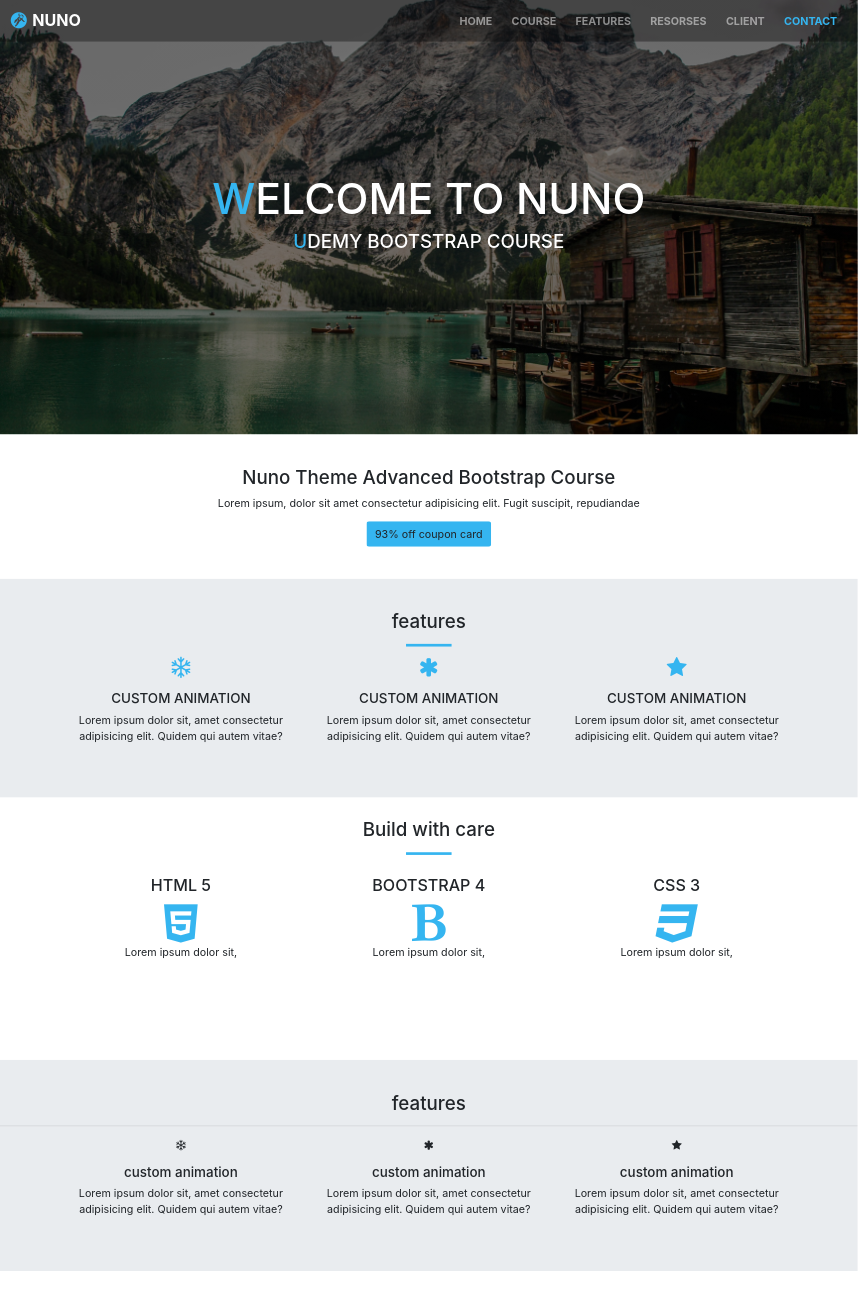
Repository: Mietlicha/bootstrap_template_exercise
Page: index.html
These files come from the project's save history. The page is drawn as it stood at one moment and after the next save; the edit follows.
The browser window is 1280 px wide. The pictures show the whole page, at 67% of full size.

Above is the page before, as saved 2019-11-19 21:48:49.

### index.html
<!DOCTYPE html>
<html lang="en">

<head>
    <meta charset="UTF-8">
    <meta name="viewport" content="width=device-width, initial-scale=1.0">
    <meta http-equiv="X-UA-Compatible" content="ie=edge">
    <title>Bootstrap template</title>
    <link rel="stylesheet" href="https://stackpath.bootstrapcdn.com/bootstrap/4.3.1/css/bootstrap.min.css"
        integrity="sha384-ggOyR0iXCbMQv3Xipma34MD+dH/1fQ784/j6cY/iJTQUOhcWr7x9JvoRxT2MZw1T" crossorigin="anonymous">
    <link rel="stylesheet" href="style.css">
    <link rel="stylesheet" href="https://cdnjs.cloudflare.com/ajax/libs/font-awesome/4.7.0/css/font-awesome.min.css">
</head>

<body data-spy="scroll" data-target="#main-nav">
    <!--------------------nav/home-------------------------------------------------------------------->
    <nav id="main-nav" class="navbar navbar-expand-md navbar-dark bg-dark font-weight-bold fixed-top">
        <a class="navbar-brand" href="#"><i class="fa fa-grav mr-2" aria-hidden="true"></i>Nuno</a>
        <button class="navbar-toggler" type="button" data-toggle="collapse" data-target="#navbarSupportedContent"
            aria-controls="navbarSupportedContent" aria-expanded="false" aria-label="Toggle navigation">
            <span class="navbar-toggler-icon"></span>
        </button>

        <div class="collapse navbar-collapse" id="navbarSupportedContent">
            <ul class="navbar-nav ml-auto">
                <li class="nav-item">
                    <a class="nav-link" href="#home">Home</a>
                </li>
                <li class="nav-item">
                    <a class="nav-link" href="#course">Course</a>
                </li>
                <li class="nav-item">
                    <a class="nav-link" href="#feature">Features</a>
                </li>
                <li class="nav-item">
                    <a class="nav-link" href="#resources">Resorses</a>
                </li>
                <li class="nav-item">
                    <a class="nav-link" href="#client">Client</a>
                </li>
                <li class="nav-item">
                    <a class="nav-link" href="#contact">Contact</a>
                </li>
        </div>
    </nav>
<!--------------------main----------------------------------------------------------------->
<main>
    <!--------------------home-------------------->
    <section id="home">
        <div class="home--landing-page">
        </div>
        <div class="home--caption">
            <h1>Welcome to Nuno</h1>
            <h3>Udemy bootstrap course</h3>
        </div>
    </section>

    <!--------------------corse-------------------->
    <section id="course" class="container text-center mt-5 mb-5">
        <header><h3>Nuno Theme Advanced Bootstrap Course</h3></header>
        <p>Lorem ipsum, dolor sit amet consectetur adipisicing elit. Fugit suscipit, repudiandae
        </p>
        <a href="#" class="btn btn-md" target="_blnk">93% off coupon card</a>
    </section>
    <!--------------------feature-------------------->
    <section id="feature">
            <div class="jumbotron jumbotron-fluid text-center pt-5">
                    <header><h3>features</h3></header>
                    <hr>
                    <div class="container d-md-flex">
                        <div class="feature-item col-md-4">
                            <i class="fa fa-snowflake-o" aria-hidden="true"></i>
                            <h5 class="pt-3">custom animation</h5>
                            <p>Lorem ipsum dolor sit, amet consectetur adipisicing elit. Quidem qui autem vitae?</p>
                        </div>
                        <div class="feature-item col-md-4">
                                <i class="fa fa-asterisk" aria-hidden="true"></i>
                                <h5 class="pt-3">custom animation</h5>
                                <p>Lorem ipsum dolor sit, amet consectetur adipisicing elit. Quidem qui autem vitae?</p>
                        </div>
                        <div class="feature-item col-md-4">
                                <i class="fa fa-star" aria-hidden="true"></i>
                                <h5 class="pt-3">custom animation</h5>
                                <p>Lorem ipsum dolor sit, amet consectetur adipisicing elit. Quidem qui autem vitae?</p>
                        </div>
                    </div>
                  </div>
    </section>
    <!--------------------Resourses-------------------->
    <section id="resources">
                <header><h3 class="text-center">Build with care</h3></header>
                <hr>
                <div class="container d-md-flex text-center">
                    <div class="resources-item col-md-4">
                        <h5 class="pt-3">Html 5</h5>
                        <i class="fa fa-html5" aria-hidden="true"></i>
                        <p>Lorem ipsum dolor sit,</p>
                    </div>
                    <div class="resources-item col-md-4">
                            <h5 class="pt-3">Bootstrap 4</h5>
                            <i class="fa fa-bold" aria-hidden="true"></i>
                            <p>Lorem ipsum dolor sit,</p>
                     </div>
                     <div class="resources-item col-md-4">
                            <h5 class="pt-3">CSS 3</h5>
                            <i class="fa fa-css3" aria-hidden="true"></i>
                            <p>Lorem ipsum dolor sit,</p>
                    </div>
                </div>
    </section>
    <!--------------------Client-------------------->
    <section id="client">
        <div class="jumbotron jumbotron-fluid text-center pt-5">
                <header><h3>features</h3></header>
                <hr>
                <div class="container d-md-flex">
                    <div class="feature-item col-md-4">
                        <i class="fa fa-snowflake-o" aria-hidden="true"></i>
                        <h5 class="pt-3">custom animation</h5>
                        <p>Lorem ipsum dolor sit, amet consectetur adipisicing elit. Quidem qui autem vitae?</p>
                    </div>
                    <div class="feature-item col-md-4">
                            <i class="fa fa-asterisk" aria-hidden="true"></i>
                            <h5 class="pt-3">custom animation</h5>
                            <p>Lorem ipsum dolor sit, amet consectetur adipisicing elit. Quidem qui autem vitae?</p>
                    </div>
                    <div class="feature-item col-md-4">
                            <i class="fa fa-star" aria-hidden="true"></i>
                            <h5 class="pt-3">custom animation</h5>
                            <p>Lorem ipsum dolor sit, amet consectetur adipisicing elit. Quidem qui autem vitae?</p>
                    </div>
                </div>
            </div>

    </section>
    <!--------------------Contact-------------------->
    <section id="contact">

    </section>
</main>

    <script src="https://code.jquery.com/jquery-3.3.1.slim.min.js"
        integrity="sha384-q8i/X+965DzO0rT7abK41JStQIAqVgRVzpbzo5smXKp4YfRvH+8abtTE1Pi6jizo"
        crossorigin="anonymous"></script>
    <script src="https://cdnjs.cloudflare.com/ajax/libs/popper.js/1.14.7/umd/popper.min.js"
        integrity="sha384-UO2eT0CpHqdSJQ6hJty5KVphtPhzWj9WO1clHTMGa3JDZwrnQq4sF86dIHNDz0W1"
        crossorigin="anonymous"></script>
    <script src="https://stackpath.bootstrapcdn.com/bootstrap/4.3.1/js/bootstrap.min.js"
        integrity="sha384-JjSmVgyd0p3pXB1rRibZUAYoIIy6OrQ6VrjIEaFf/nJGzIxFDsf4x0xIM+B07jRM"
        crossorigin="anonymous"></script>
</body>

</html>

### style.css
:root{
--main-colour: rgb(53, 181, 240);
font-size: 14px;
}

body{
    position: relative;
}

/************************NAV******************************************/
.bg-dark {
    background-color: #0a0a0a60!important;
}

.navbar-dark .navbar-nav .nav-link:hover{
    color: rgb(255, 255, 255);
}

.nav-link{
    padding: 0 7rem;
}

#main-nav {
text-transform: uppercase;
}

#main-nav .navbar-brand{
    font-size: 1.5rem;
}

#main-nav .navbar-brand i{
    color: var(--main-colour);
}

.navbar-dark .navbar-nav .nav-link.active{
    color: var(--main-colour);
    font-weight: bold;
}

.navbar-dark .navbar-nav .nav-link{
    padding-top: .9rem;
}

/************************Home******************************************/
#home{
    position: relative;
}

.home--landing-page{
    background: linear-gradient(rgba(0, 0, 0, 0.534), rgba(0, 0, 0, 0.534)), url(img/tlo.jpg) center/cover no-repeat;
    width: 100vw;
    height: 90vh;
}

.home--caption{
    width: 100%;
    position: absolute;
    top: 40%;
    z-index: 3;
    text-align: center;
    color: #fff;
    text-transform: uppercase;
}

.home--caption h1{
    font-size: 4rem;
}

.home--caption h1::first-letter, .home--caption h3::first-letter{
    color: var(--main-colour);
}

/************************Course******************************************/
#course .btn{
    background-color: var(--main-colour);
}

/************************Feature******************************************/
#feature hr{
    width: 5%;
    border: 2px solid var(--main-colour);
}

#feature i{
    color: var(--main-colour);
    font-size: 2rem;
}

#feature .feature-item h5{
    text-transform: uppercase;
}

/************************Resources******************************************/
#resources{
min-height: 50vh;
}

#resources h5{
    font-size: 1.5rem;
    text-transform: uppercase;
}

#resources i{
    color: var(--main-colour);
    font-size: 4rem;
}

#resources hr{
    width: 5%;
    border: 2px solid var(--main-colour);
}

@media (min-width: 500px){
    :root{
        font-size: 16px;
    }
    }

    @media (min-width: 768px){
    .navbar-expand-md .navbar-nav .nav-link {
        padding-right: .9rem;
        padding-left: .9rem;
        padding-top: 0;
    }
    }

After the next save:
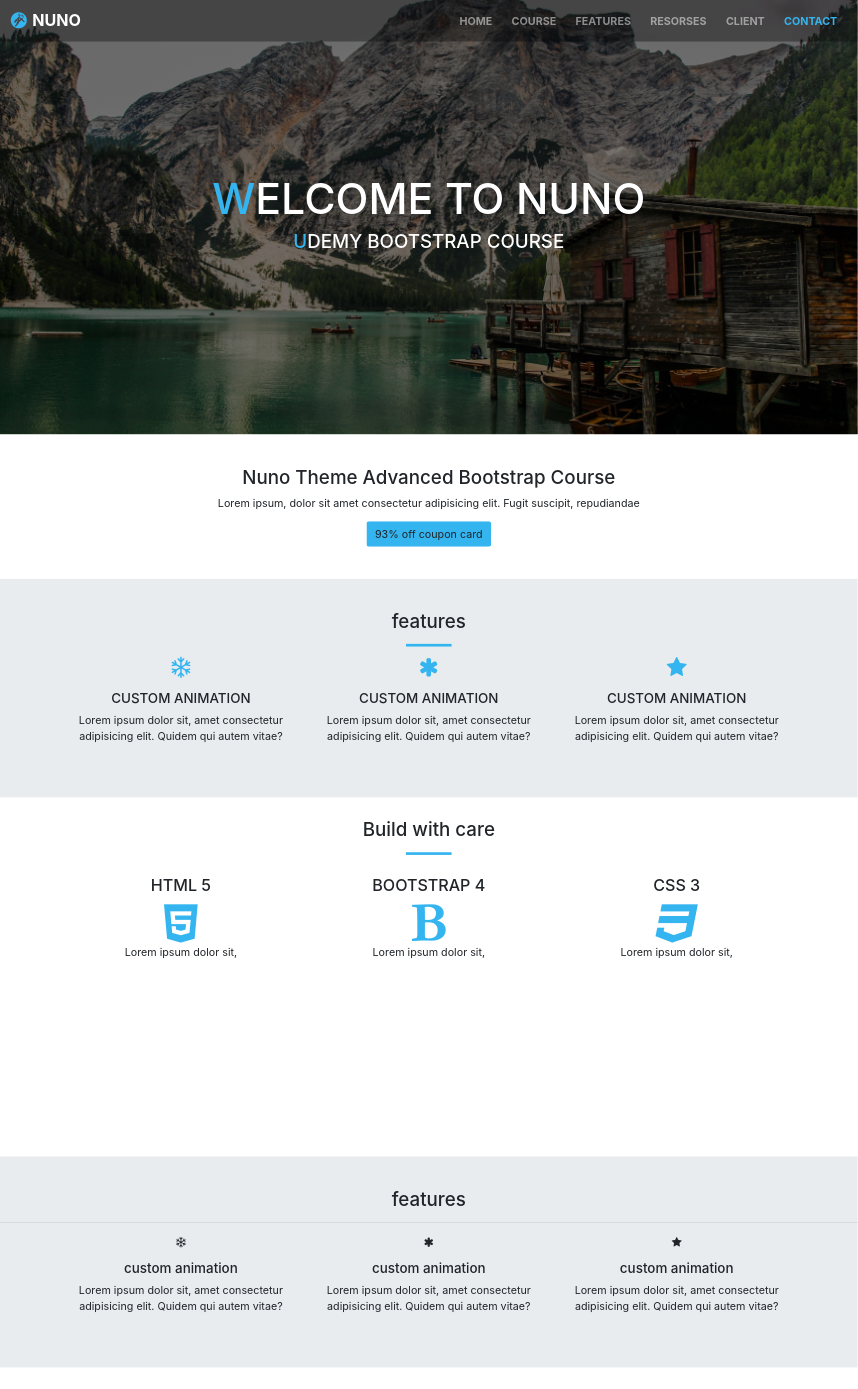
Saved 18 s later.
--- a/style.css
+++ b/style.css
@@ -92,7 +92,7 @@
 
 /************************Resources******************************************/
 #resources{
-min-height: 50vh;
+min-height: 70vh;
 }
 
 #resources h5{
